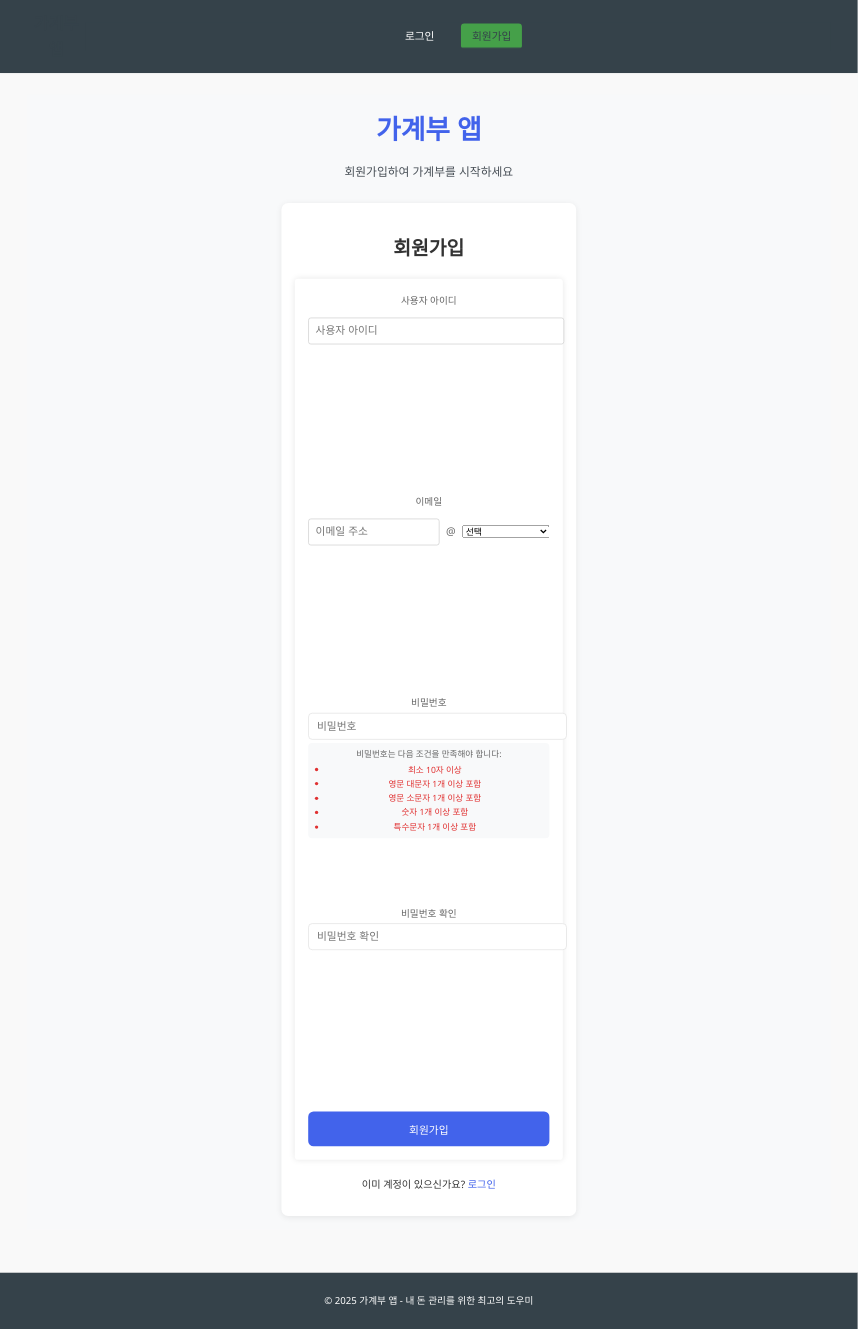
Repository: dldnwls07/Register_Login_Form
Page: /register
The author's editor kept a copy of each file at every save. The page is drawn from the files as they stood at one save, then again after the next save.
The browser window is 1280 px wide. The pictures show the whole page, at 67% of full size.
The project was rebuilt for these pictures with package versions that can differ from the ones it lists, and the page was loaded fresh each time. Also part of the build but not shown: src/components/Summary.jsx, src/styles/pages/MainPage.css, src/pages/MainPage.jsx, src/utils/categoryData.js, src/components/CategorySelector.jsx, src/components/EntryForm.jsx, src/components/EntryTable.jsx, src/components/SearchBar.jsx and 15 more.

Above is the page before, as saved 2025-05-23 14:13:29.

### public/index.html
<!DOCTYPE html>
<html lang="en">
<head>
    <meta charset="UTF-8">
    <meta name="viewport" content="width=device-width, initial-scale=1.0">
    <title>My Money App</title>
</head>
<body>
    <div id="root"></div>
</body>
</html>

### src/styles/App.css
/* Added CSS variables for theme */
:root {
  --background-light: #f9f9f9;
  --background-dark: #121212;
  --text-light: #333;
  --text-dark: #eee;
  --primary-color: #35424a;
  --accent-color: #45a049;
  --border-radius: 5px;
  --box-shadow: 0 0 10px rgba(0, 0, 0, 0.1);
}

body {
  font-family: 'Segoe UI', Tahoma, Geneva, Verdana, sans-serif;
  background-color: var(--background-light);
  color: var(--text-light);
  margin: 0;
  padding: 0;
}

.dark body {
  background-color: var(--background-dark);
  color: var(--text-dark);
}

.container {
    width: 80%;
    margin: auto;
    overflow: hidden;
}

header {
    background: #35424a;
    color: #ffffff;
    padding: 10px 0;
    text-align: center;
}

h1 {
    margin: 0;
}

form {
    background: #ffffff;
    padding: 20px;
    border-radius: 5px;
    box-shadow: 0 0 10px rgba(0, 0, 0, 0.1);
}

input[type="text"],
input[type="number"] {
    width: 100%;
    padding: 10px;
    margin: 10px 0;
    border: 1px solid #ccc;
    border-radius: 4px;
}

button {
    background: #35424a;
    color: #ffffff;
    border: none;
    padding: 10px 15px;
    border-radius: 5px;
    cursor: pointer;
}

button:hover {
    background: #45a049;
}

.table {
    width: 100%;
    margin-top: 20px;
    border-collapse: collapse;
}

.table th,
.table td {
    border: 1px solid #ddd;
    padding: 8px;
}

.table th {
    background-color: #35424a;
    color: white;
}

.summary {
    background: #ffffff;
    padding: 20px;
    border-radius: 5px;
    box-shadow: 0 0 10px rgba(0, 0, 0, 0.1);
    margin-top: 20px;
}

.pie-chart {
    margin-top: 20px;
}

/* Added media query for responsiveness */
@media (max-width: 768px) {
  .entry-form {
    flex-direction: column;
  }
}

/* 앱 레이아웃 스타일 */
.App {
  display: flex;
  flex-direction: column;
  min-height: 100vh;
}

.App-header {
  background-color: var(--primary-color);
  color: white;
  padding: 1rem 0;
  text-align: center;
}

.App-content {
  flex: 1;
  padding: 2rem;
  max-width: 1200px;
  margin: 0 auto;
  width: 100%;
}

.App-footer {
  background-color: var(--primary-color);
  color: white;
  text-align: center;
  padding: 1rem 0;
  margin-top: 2rem;
}

/* 네비게이션 스타일 */
.main-navigation {
  background-color: var(--primary-color);
  padding: 0.5rem 0;
}

.nav-links {
  display: flex;
  justify-content: center;
  gap: 1.5rem;
  padding: 0;
  margin: 0;
}

.nav-links a {
  color: white;
  text-decoration: none;
  padding: 0.5rem 1rem;
  border-radius: var(--border-radius);
  transition: background-color 0.3s;
}

.nav-links a:hover, .nav-links a.active {
  background-color: var(--accent-color);
}

/* 카드 스타일 */
.navigation-links {
  display: grid;
  grid-template-columns: repeat(auto-fit, minmax(300px, 1fr));
  gap: 2rem;
  margin-top: 2rem;
}

.nav-card {
  background-color: white;
  padding: 1.5rem;
  border-radius: var(--border-radius);
  box-shadow: var(--box-shadow);
  transition: transform 0.3s, box-shadow 0.3s;
}

.nav-card:hover {
  transform: translateY(-5px);
  box-shadow: 0 10px 20px rgba(0, 0, 0, 0.15);
}

.nav-link {
  text-decoration: none;
  color: var(--text-light);
}

/* 페이지 스타일 */
.main-page, .spending-page, .goal-page, .analysis-page {
  padding: 1rem 0;
}

.back-link {
  margin-bottom: 2rem;
}

.back-link a {
  color: var(--primary-color);
  text-decoration: none;
  display: flex;
  align-items: center;
  gap: 0.5rem;
}

.back-link a:hover {
  text-decoration: underline;
}

/* 콘텐츠 레이아웃 */
.spending-content, .goal-content, .analysis-content {
  display: grid;
  grid-template-columns: 1fr;
  gap: 2rem;
}

@media (min-width: 768px) {
  .spending-content, .goal-content, .analysis-content {
    grid-template-columns: repeat(2, 1fr);
  }
}

### src/pages/auth/RegisterPage.jsx
import React from 'react';
import { useNavigate } from 'react-router-dom';
import RegisterForm from '../../components/RegisterForm';
import '../../styles/pages/AuthPage.css';

const RegisterPage = () => {
  const navigate = useNavigate();

  const handleRegisterSuccess = () => {
    navigate('/login', {
      state: { message: '회원가입에 성공했습니다. 로그인해주세요.' }
    });
  };

  return (
    <div className="auth-page">
      <div className="auth-container">
        <h1>가계부 앱</h1>
        <p className="auth-description">회원가입하여 가계부를 시작하세요</p>
        <RegisterForm onRegisterSuccess={handleRegisterSuccess} />
      </div>
    </div>
  );
};

export default RegisterPage;

### src/components/Navigation.jsx
import React from 'react';
import { Link, useLocation } from 'react-router-dom';
import { useAuth } from '../hooks/useAuth';

const Navigation = () => {
  const location = useLocation();
  const { user } = useAuth();

  return (
    <nav className="main-navigation">
      <ul className="nav-links">
        {user ? (
          // 로그인된 사용자용 메뉴
          <>
            <li>
              <Link to="/" className={location.pathname === '/' ? 'active' : ''}>
                대시보드
              </Link>
            </li>
            <li>
              <Link to="/spending" className={location.pathname === '/spending' ? 'active' : ''}>
                지출 관리
              </Link>
            </li>
            <li>
              <Link to="/goal" className={location.pathname === '/goal' ? 'active' : ''}>
                목표 설정
              </Link>
            </li>
            <li>
              <Link to="/analysis" className={location.pathname === '/analysis' ? 'active' : ''}>
                지출 분석
              </Link>
            </li>
            <li>
              <Link to="/profile" className={location.pathname === '/profile' ? 'active' : ''}>
                프로필
              </Link>
            </li>
          </>
        ) : (
          // 로그인되지 않은 사용자용 메뉴
          <>
            <li>
              <Link to="/login" className={location.pathname === '/login' ? 'active' : ''}>
                로그인
              </Link>
            </li>
            <li>
              <Link to="/register" className={location.pathname === '/register' ? 'active' : ''}>
                회원가입
              </Link>
            </li>
          </>
        )}
      </ul>
    </nav>
  );
};

export default Navigation;

### src/context/AuthContext.jsx
import React, { createContext, useState, useEffect } from 'react';
import { loginUser, registerUser, verifyToken, getCurrentUser, logoutUser } from '../utils/authService';

export const AuthContext = createContext();

export const AuthProvider = ({ children }) => {
  const [user, setUser] = useState(null);
  const [loading, setLoading] = useState(true);
  const [error, setError] = useState(null);
  const [lastActivityTime, setLastActivityTime] = useState(Date.now());

  // 활동 감지 및 자동 로그아웃 기능
  useEffect(() => {
    const INACTIVITY_TIMEOUT = 30 * 60 * 1000; // 30분

    const resetActivityTimer = () => setLastActivityTime(Date.now());

    // 사용자 활동 이벤트 감지
    window.addEventListener('mousemove', resetActivityTimer);
    window.addEventListener('keydown', resetActivityTimer);
    window.addEventListener('click', resetActivityTimer);

    // 비활성 체크 타이머
    const checkInactivity = setInterval(() => {
      const timeSinceLastActivity = Date.now() - lastActivityTime;
      if (user && timeSinceLastActivity > INACTIVITY_TIMEOUT) {
        console.log('장시간 활동이 없어 자동 로그아웃됩니다.');
        logout();
      }
    }, 60000); // 1분마다 체크

    return () => {
      window.removeEventListener('mousemove', resetActivityTimer);
      window.removeEventListener('keydown', resetActivityTimer);
      window.removeEventListener('click', resetActivityTimer);
      clearInterval(checkInactivity);
    };
  }, [user, lastActivityTime]);

  // 초기 인증 상태 확인
  useEffect(() => {
    // 토큰이 있으면 사용자 정보 확인
    const token = localStorage.getItem('token');
    if (token) {
      setLoading(true);

      verifyToken(token)
        .then(decoded => {
          // 사용자 정보 가져오기
          return getCurrentUser(decoded.id);
        })
        .then(userData => {
          setUser(userData);
          setError(null);
        })
        .catch(err => {
          console.error('인증 오류:', err);
          setError('세션이 만료되었습니다. 다시 로그인해주세요.');

          // 토큰이 유효하지 않으면 제거
          localStorage.removeItem('token');
          localStorage.removeItem('user');
        })
        .finally(() => setLoading(false));
    } else {
      setLoading(false);
    }
  }, []);
  // 보안 강화된 로그인 함수
  const login = async (credentials) => {
    try {
      setLoading(true);
      setError(null);

      // 입력 유효성 검증
      if (!credentials.usernameOrEmail || !credentials.password) {
        throw new Error('사용자 이름/이메일과 비밀번호를 모두 입력해주세요.');
      }

      const response = await loginUser(credentials.usernameOrEmail, credentials.password);

      // 로그인 시도 기록 (보안용, 필요시 구현)
      const loginAttempt = {
        timestamp: new Date().toISOString(),
        userId: response.user.id,
        success: true,
        ipAddress: '사용자IP', // 실제로는 서버에서 확인
        userAgent: navigator.userAgent
      };

      console.log('로그인 성공:', loginAttempt);

      // 토큰 및 사용자 정보 저장
      localStorage.setItem('token', response.token);

      // 민감한 정보 제거 후 저장
      const userToStore = { ...response.user };
      delete userToStore.role; // 역할 정보는 토큰에만 저장

      localStorage.setItem('user', JSON.stringify(userToStore));

      setUser(response.user);
      setLastActivityTime(Date.now());
      return response.user;
    } catch (error) {
      console.error('로그인 실패:', error);

      // 실패한 로그인 시도 기록 (보안용)
      const failedLoginAttempt = {
        timestamp: new Date().toISOString(),
        usernameOrEmail: credentials.usernameOrEmail,
        success: false,
        error: error.message,
        userAgent: navigator.userAgent
      };

      console.log('로그인 실패 기록:', failedLoginAttempt);
      setError(error.message || '로그인에 실패했습니다.');
      throw error;
    } finally {
      setLoading(false);
    }
  };

  // 회원가입 함수
  const register = async (userData) => {
    try {
      return await registerUser(userData);
    } catch (error) {
      throw error;
    }
  };
  // 보안 강화된 로그아웃 함수
  const logout = async () => {
    try {
      const token = localStorage.getItem('token');
      await logoutUser(token);

      localStorage.removeItem('token');
      localStorage.removeItem('user');
      setUser(null);
      setError(null);

      // 성공적인 로그아웃 처리
      console.log('로그아웃 성공');
    } catch (err) {
      console.error('로그아웃 오류:', err);

      // 오류가 발생해도 로컬에서는 로그아웃 처리
      localStorage.removeItem('token');
      localStorage.removeItem('user');
      setUser(null);
    }
  };
  return (
    <AuthContext.Provider value={{
      user,
      loading,
      error,
      login,
      register,
      logout,
      setError // 에러 상태를 수동으로 설정하기 위한 함수
    }}>
      {children}
    </AuthContext.Provider>
  );
};

export default AuthContext;

### src/styles/Common.css
/* 공통 스타일 - 네비게이션, 헤더, 푸터 등 공통 요소 디자인 */

:root {
  --primary-color: #2D7FF9;
  --accent-color: #00D1D1;
  --text-color: #333333;
  --text-light: #666666;
  --background-color: #F5F7FC;
  --card-background: #FFFFFF;
  --border-radius: 16px;
  --box-shadow: 0 2px 10px rgba(0, 0, 0, 0.05);
  --hover-shadow: 0 10px 20px rgba(0, 0, 0, 0.1);
  --transition: 0.2s ease;
}

body {
  font-family: 'Pretendard', -apple-system, BlinkMacSystemFont, system-ui, Roboto, 'Helvetica Neue', 'Segoe UI', sans-serif;
  background-color: var(--background-color);
  color: var(--text-color);
  margin: 0;
  padding: 0;
  line-height: 1.6;
}

/* 앱 레이아웃 */
.App {
  display: flex;
  flex-direction: column;
  min-height: 100vh;
}

/* 헤더 스타일 */
.App-header {
  background-color: var(--card-background);
  box-shadow: 0 1px 5px rgba(0, 0, 0, 0.03);
  padding: 1.25rem 0;
  position: sticky;
  top: 0;
  z-index: 100;
}

.header-container {
  display: flex;
  flex-direction: column;
  align-items: center;
  max-width: 1200px;
  margin: 0 auto;
  padding: 0 1.5rem;
}

@media (min-width: 768px) {
  .header-container {
    flex-direction: row;
    justify-content: space-between;
  }
}

.App-header h1 {
  font-size: 1.5rem;
  font-weight: 700;
  color: var(--primary-color);
  margin: 0;
}

/* 메인 컨텐츠 스타일 */
.App-content {
  flex: 1;
  max-width: 1200px;
  margin: 0 auto;
  width: 100%;
  padding: 2rem 1.5rem;
}

/* 푸터 스타일 */
.App-footer {
  background-color: var(--card-background);
  padding: 1.5rem 0;
  margin-top: 3rem;
  text-align: center;
  font-size: 0.9rem;
  color: var(--text-light);
  border-top: 1px solid #eaeaea;
}

/* 네비게이션 스타일 */
.main-navigation {
  width: 100%;
  display: flex;
  justify-content: center;
  margin-top: 1rem;
}

@media (min-width: 768px) {
  .main-navigation {
    margin-top: 0;
  }
}

.nav-links {
  display: flex;
  gap: 1.5rem;
  padding: 0;
  margin: 0;
  list-style: none;
}

.nav-links a {
  color: var(--text-light);
  text-decoration: none;
  font-size: 1rem;
  font-weight: 500;
  padding: 0.5rem;
  transition: color var(--transition);
  position: relative;
}

.nav-links a:before {
  content: '';
  position: absolute;
  bottom: 0;
  left: 0;
  width: 0;
  height: 2px;
  background-color: var(--primary-color);
  transition: width var(--transition);
}

.nav-links a:hover, .nav-links a.active {
  color: var(--primary-color);
}

.nav-links a:hover:before, .nav-links a.active:before {
  width: 100%;
}

### src/styles/pages/AuthPage.css
/* 인증 페이지 스타일 */
.auth-page {
  display: flex;
  justify-content: center;
  align-items: center;
  min-height: 100vh;
  background-color: #f8f9fa;
}

.auth-container {
  width: 100%;
  max-width: 500px;
  padding: 20px;
  text-align: center;
}

.auth-page h1 {
  font-size: 2.5rem;
  margin-bottom: 0.5rem;
  color: #4263eb;
  font-weight: 700;
}

.auth-description {
  font-size: 1.1rem;
  color: #495057;
  margin-bottom: 2rem;
}

/* 반응형 조정 */
@media (max-width: 576px) {
  .auth-container {
    padding: 15px;
  }

  .auth-page h1 {
    font-size: 2rem;
  }

  .auth-description {
    font-size: 1rem;
  }
}

### src/styles/components/GoalSetter.css
/* GoalSetter 컴포넌트 스타일 */
.goal-setter {
  background-color: #fff;
  border-radius: 12px;
  padding: 24px;
  box-shadow: 0 2px 8px rgba(0, 0, 0, 0.08);
  margin-bottom: 24px;
}

.goal-setter h2 {
  font-size: 1.5rem;
  margin-bottom: 20px;
  color: #333;
  font-weight: 600;
}

.goal-form {
  margin-bottom: 24px;
  display: flex;
  flex-wrap: wrap;
  gap: 16px;
}

.form-group {
  flex: 1 1 200px;
  margin-bottom: 16px;
}

.form-group label {
  display: block;
  font-size: 0.9rem;
  margin-bottom: 6px;
  color: #666;
  font-weight: 500;
}

.form-group input {
  width: 100%;
  padding: 12px 16px;
  border: 1px solid #e0e0e0;
  border-radius: 8px;
  font-size: 1rem;
  transition: border 0.2s;
}

.form-group input:focus {
  border-color: #4263eb;
  outline: none;
}

.input-with-icon {
  position: relative;
}

.input-with-icon input {
  padding-right: 40px;
}

.currency-symbol {
  position: absolute;
  right: 16px;
  top: 50%;
  transform: translateY(-50%);
  color: #888;
}

.goal-submit-button {
  background-color: #4263eb;
  color: white;
  border: none;
  border-radius: 8px;
  padding: 12px 24px;
  font-size: 1rem;
  font-weight: 500;
  cursor: pointer;
  transition: background 0.2s;
}

.goal-submit-button:hover {
  background-color: #3249b1;
}

.goal-status {
  background-color: #f8f9fa;
  border-radius: 8px;
  padding: 20px;
}

.goal-header {
  display: flex;
  justify-content: space-between;
  align-items: center;
  margin-bottom: 16px;
}

.goal-header h3 {
  font-size: 1.2rem;
  font-weight: 500;
  margin: 0;
}

.achievement-toggle {
  display: flex;
  align-items: center;
  gap: 8px;
}

/* 토글 스위치 스타일 */
.switch {
  position: relative;
  display: inline-block;
  width: 48px;
  height: 24px;
}

.switch input {
  opacity: 0;
  width: 0;
  height: 0;
}

.slider {
  position: absolute;
  cursor: pointer;
  top: 0;
  left: 0;
  right: 0;
  bottom: 0;
  background-color: #ccc;
  transition: .4s;
}

.slider:before {
  position: absolute;
  content: "";
  height: 18px;
  width: 18px;
  left: 3px;
  bottom: 3px;
  background-color: white;
  transition: .4s;
}

input:checked + .slider {
  background-color: #4263eb;
}

input:focus + .slider {
  box-shadow: 0 0 1px #4263eb;
}

input:checked + .slider:before {
  transform: translateX(24px);
}

/* 둥근 슬라이더 */
.slider.round {
  border-radius: 34px;
}

.slider.round:before {
  border-radius: 50%;
}

/* 진행바 스타일 */
.progress-bar-container {
  height: 10px;
  background-color: #e9ecef;
  border-radius: 5px;
  overflow: hidden;
  margin-bottom: 8px;
}

.progress-bar {
  height: 100%;
  background-color: #4263eb;
  border-radius: 5px;
  transition: width 0.5s ease-in-out;
}

.progress-bar.exceeded {
  background-color: #e03131;
}

.progress-details {
  display: flex;
  justify-content: space-between;
  align-items: center;
  margin-bottom: 16px;
}

.progress-percentage {
  font-weight: 600;
  color: #333;
  margin: 0;
}

.progress-numbers {
  display: flex;
  justify-content: space-between;
  width: 100%;
  color: #666;
  font-size: 0.9rem;
  margin: 8px 0 0;
}

.goal-status-message {
  padding: 12px;
  border-radius: 6px;
  margin-top: 16px;
}

.goal-status-message.remaining {
  background-color: #e6f4ea;
}

.goal-status-message.exceeded {
  background-color: #fde7e9;
}

.goal-status-message .alert {
  color: #c92a2a;
  display: flex;
  align-items: center;
  gap: 8px;
}

.goal-status-message .success {
  color: #2b8a3e;
  display: flex;
  align-items: center;
  gap: 8px;
}

.goal-status-message .icon {
  font-size: 1.2rem;
}

.no-goal-message {
  text-align: center;
  padding: 24px;
  background-color: #f8f9fa;
  border-radius: 8px;
  color: #666;
}

.no-goal-message p:first-child {
  font-size: 1.1rem;
  font-weight: 500;
  margin-bottom: 8px;
}

@media (max-width: 768px) {
  .goal-form {
    flex-direction: column;
    gap: 12px;
  }

  .goal-header {
    flex-direction: column;
    align-items: flex-start;
    gap: 12px;
  }

  .achievement-toggle {
    width: 100%;
    justify-content: flex-start;
  }
}

### src/styles/components/AuthForm.css
/* 인증 폼 스타일 (로그인/회원가입) */

.auth-form-container {
  max-width: 400px;
  margin: 0 auto;
  padding: 20px;
  background-color: #fff;
  border-radius: 10px;
  box-shadow: 0 2px 10px rgba(0, 0, 0, 0.08);
}

.auth-title {
  font-size: 1.8rem;
  margin-bottom: 24px;
  color: #333;
  font-weight: 600;
  text-align: center;
}

.auth-form {
  display: flex;
  flex-direction: column;
  gap: 0px;
}

.form-group {
  display: flex;
  flex-direction: column;
  margin-bottom: 100px;
}

.form-group label {
  font-size: 0.9rem;
  margin-bottom: 4px;
  color: #666;
  font-weight: 500;
}

.form-group input {
  padding: 10px 12px;
  border: 1px solid #e0e0e0;
  border-radius: 6px;
  font-size: 1rem;
  transition: border 0.2s;
}

.form-group input:focus {
  border-color: #4263eb;
  outline: none;
  box-shadow: 0 0 0 2px rgba(66, 99, 235, 0.1);
}

.form-group input[disabled] {
  background-color: #f8f9fa;
  cursor: not-allowed;
}

.input-error {
  color: #e03131;
  font-size: 0.85rem;
  margin-top: 6px;
}

.auth-button {
  background-color: #4263eb;
  color: white;
  border: none;
  border-radius: 8px;
  padding: 14px;
  font-size: 1rem;
  font-weight: 500;
  cursor: pointer;
  margin-top: 8px;
  transition: background 0.2s;
}

.auth-button:hover {
  background-color: #3249b1;
}

.auth-button:disabled {
  background-color: #adb5bd;
  cursor: not-allowed;
}

.auth-button.loading {
  position: relative;
  opacity: 0.8;
}

.auth-button.loading::after {
  content: '';
  position: absolute;
  width: 20px;
  height: 20px;
  top: 50%;
  left: 50%;
  margin-left: -10px;
  margin-top: -10px;
  border: 3px solid rgba(255, 255, 255, 0.3);
  border-radius: 50%;
  border-top-color: #fff;
  animation: spin 1s ease-in-out infinite;
}

@keyframes spin {
  to { transform: rotate(360deg); }
}

.auth-links {
  margin-top: 24px;
  text-align: center;
  font-size: 0.95rem;
}

.auth-links a {
  color: #4263eb;
  text-decoration: none;
  font-weight: 500;
}

.auth-links a:hover {
  text-decoration: underline;
}

.auth-error-message,
.auth-success-message {
  padding: 12px;
  margin-bottom: 20px;
  border-radius: 8px;
  font-size: 0.95rem;
}

.auth-error-message {
  background-color: #fff5f5;
  color: #e03131;
  border-left: 4px solid #e03131;
}

.auth-success-message {
  background-color: #f4fce3;
  color: #2b8a3e;
  border-left: 4px solid #2b8a3e;
}

/* 비밀번호 강도 표시 스타일 */
.password-strength {
  margin-top: 3px;
  margin-bottom: 5px;
}

.strength-meter {
  height: 3px;
  background-color: #e0e0e0;
  border-radius: 2px;
  margin-bottom: 3px;
  position: relative;
  overflow: hidden;
}

.strength-bar {
  height: 100%;
  border-radius: 2px;
  transition: width 0.3s ease;
}

.strength-bar.strength-매우\ 약함 {
  background-color: #ff4d4d;
}

.strength-bar.strength-약함 {
  background-color: #ffa64d;
}

.strength-bar.strength-중간 {
  background-color: #ffdd4d;
}

.strength-bar.strength-강함 {
  background-color: #4cd964;
}

.strength-text {
  font-size: 12px;
  display: block;
}

.strength-text.strength-매우\ 약함 {
  color: #ff4d4d;
}

.strength-text.strength-약함 {
  color: #ffa64d;
}

.strength-text.strength-중간 {
  color: #8a8a8a;
}

.strength-text.strength-강함 {
  color: #4cd964;
}

/* 새로 추가된 스타일 */
.email-group {
  display: flex;
  align-items: center;
  gap: 5px;
}

.email-prefix {
  flex: 1;
}

.email-at {
  margin: 0 5px;
  color: #666;
}

.email-domain {
  width: 130px;
}

.custom-domain {
  margin-top: 10px;
}

.custom-domain input {
  width: 100%;
}

.password-input-container {
  position: relative;
  display: flex;
  align-items: center;
}

.password-input-container input {
  width: 100%;
}

.toggle-password-btn {
  position: absolute;
  right: 10px;
  top: 50%;
  transform: translateY(-50%);
  background: none;
  border: none;
  color: #666;
  font-size: 0.85rem;
  cursor: pointer;
  padding: 3px 6px;
  border-radius: 3px;
}

.toggle-password-btn:hover {
  background-color: #f1f3f5;
}

.input-error-field {
  border-color: #e03131 !important;
}

.password-policy {
  font-size: 0.8rem;
  color: #666;
  margin-top: 5px;
  padding: 6px 8px;
  background-color: #f8f9fa;
  border-radius: 6px;
}

.password-policy p {
  margin-top: 0;
  margin-bottom: 3px;
  font-weight: 500;
}

.password-policy ul {
  margin: 0;
  padding-left: 18px;
}

.password-policy li {
  margin-bottom: 1px;
}

.password-policy li.met {
  color: #2b8a3e;
}

.password-policy li.not-met {
  color: #e03131;
}

.form-options {
  display: flex;
  justify-content: space-between;
  align-items: center;
  margin: 15px 0;
  font-size: 0.9rem;
}

.remember-me {
  display: flex;
  align-items: center;
}

.remember-me input[type="checkbox"] {
  margin-right: 5px;
}

.forgot-password-link {
  color: #5c7cfa;
  text-decoration: none;
}

.forgot-password-link:hover {
  text-decoration: underline;
}

.auth-warning-message {
  margin-top: 12px;
  padding: 8px;
  border-radius: 6px;
  background-color: #fff9db;
  color: #f08c00;
  font-size: 0.85rem;
  border-left: 3px solid #f08c00;
}

/* 반응형 */
@media (max-width: 480px) {
  .auth-form-container {
    padding: 20px;
    border-radius: 8px;
  }

  .auth-title {
    font-size: 1.5rem;
    margin-bottom: 20px;
  }
}

Loaded but not shown: src/utils/authService.js (592 lines, source omitted); src/utils/authUtils.js (248 lines, source omitted); src/utils/browserDBService2.js (196 lines, source omitted); src/utils/cryptoUtils.js (175 lines, source omitted); src/utils/browserDBService.js (137 lines, source omitted); src/utils/browserDBService3.js (78 lines, source omitted); src/utils/storageKeys.js (68 lines, source omitted); src/utils/localStorageUtil.js (43 lines, source omitted); src/utils/dbServiceWrapper.js (25 lines, source omitted); src/index.js (12 lines, source omitted); src/hooks/useAuth.js (14 lines, source omitted); src/components/RegisterForm.jsx (345 lines, source omitted); src/App.jsx (208 lines, source omitted); src/styles/pages/ProfilePage.css (373 lines, source omitted)

After the next save:
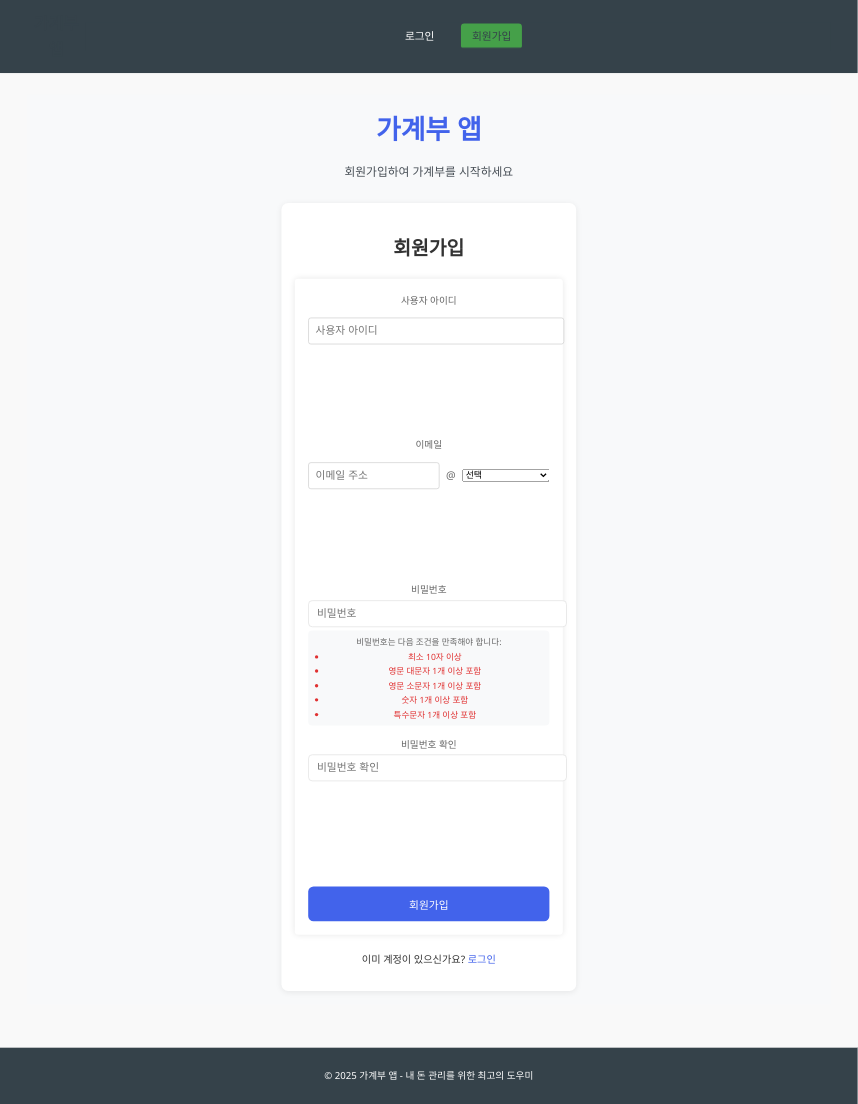
Saved 8 s later.
--- a/src/styles/components/AuthForm.css
+++ b/src/styles/components/AuthForm.css
@@ -26,7 +26,6 @@
 .form-group {
   display: flex;
   flex-direction: column;
-  margin-bottom: 100px;
 }
 
 .form-group label {
